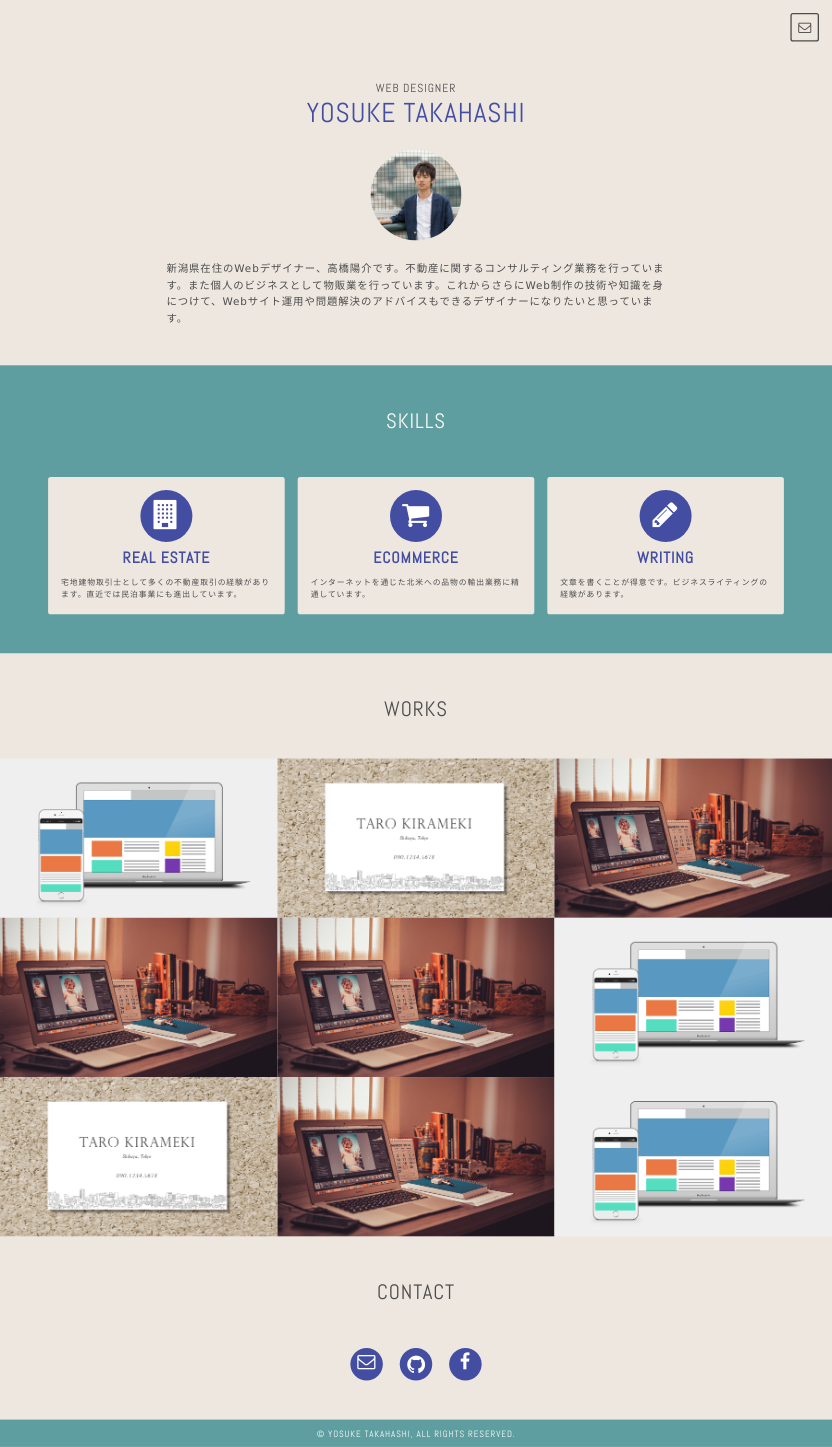
Repository: ysktkhs/responsive-site
Page: environment/portfolio/index.html
The author's editor kept a record of every edit. The page is drawn from the files as they stood at one moment, then again after the next edit.
The browser window is 1280 px wide. The pictures show the whole page, at 65% of full size.
Some web libraries are served in a nearby version.

Above is the page before.

After the next edit:
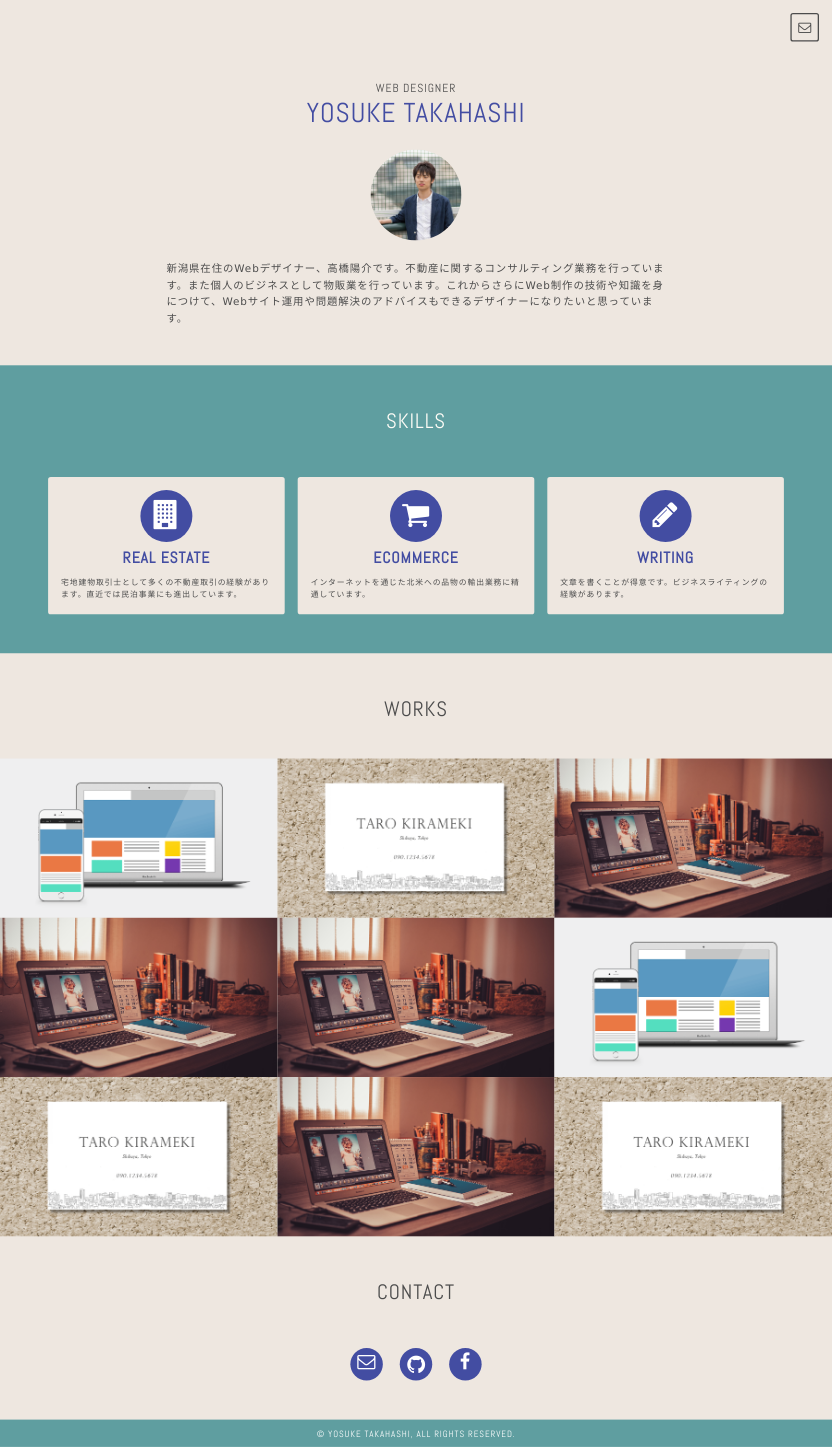
The edit:
--- a/environment/portfolio/index.html
+++ b/environment/portfolio/index.html
@@ -147,7 +147,7 @@
             </div>
             <div class="works-box">
                 <a href="#">
-                <img src="./images/img_work_site.png" alt="きらめき太郎様 名刺デザイン">
+                <img src="./images/img_work_card.jpg" alt="きらめき太郎様 名刺デザイン">
                 <div class="works-box-inner">
                     <div class="text-center">
                         <h3>きらめき太郎様 名刺</h3>
